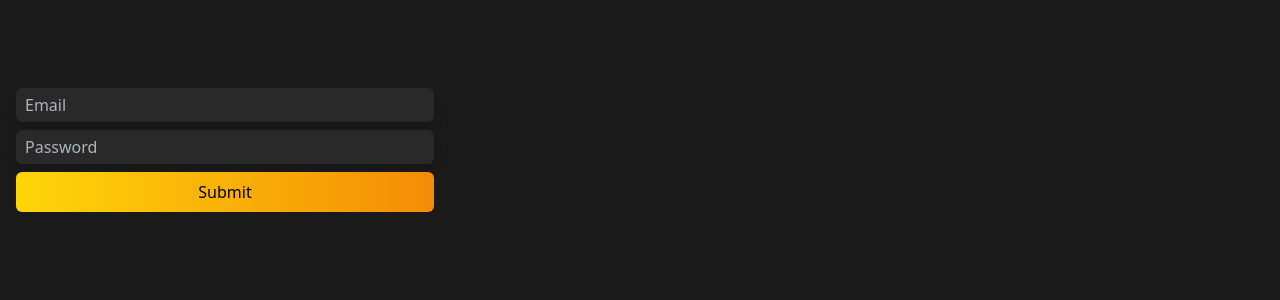
Repository: s-babaeizadeh/react-hook-form-with--zod-validation
Page: /
The author's editor kept a copy of each file at every save. The page is drawn from the files as they stood at one save, then again after the next save.
The browser window is 1280 px wide. The pictures show the whole page.
The project was rebuilt for these pictures with package versions that can differ from the ones it lists, and the page was loaded fresh each time. Also part of the build but not shown: vite.config.ts.

Above is the page before, as saved 2024-08-13 17:23:55.

After the next save:
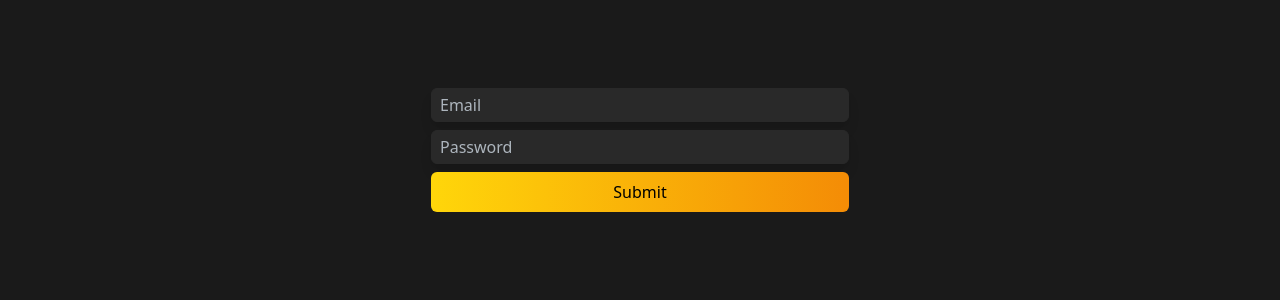
Saved 41 s later.
--- a/src/App.tsx
+++ b/src/App.tsx
@@ -27,7 +27,10 @@ const App = () => {
   };
 
   return (
-    <form onSubmit={handleSubmit} className="form gap-2 mt-20 max-w-[450px]">
+    <form
+      onSubmit={handleSubmit}
+      className="form gap-2 mt-20 max-w-[450px] mx-auto"
+    >
       <input
         type="text"
         placeholder="Email"
